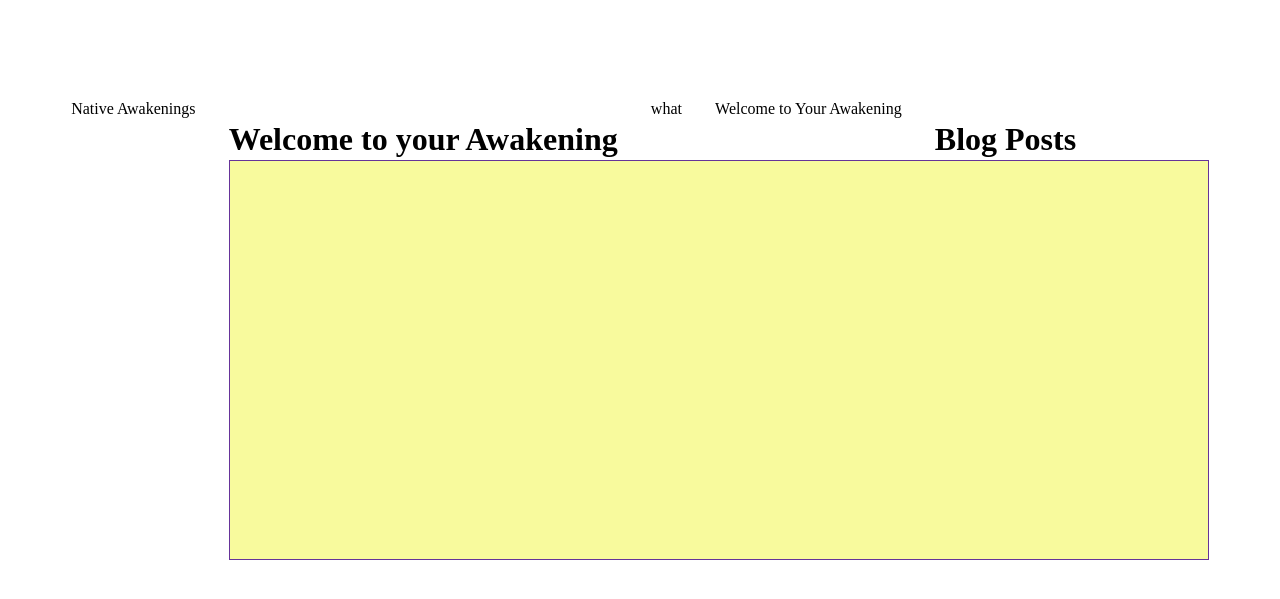
Repository: Gregg-Hendrix/blog-project
Page: index.html
These files come from the project's save history. The page is drawn as it stood at one moment and after the next save; the edit follows.
The browser window is 1280 px wide. The pictures show the whole page.

Above is the page before, as saved 2021-03-15 13:48:10.

After the next save:
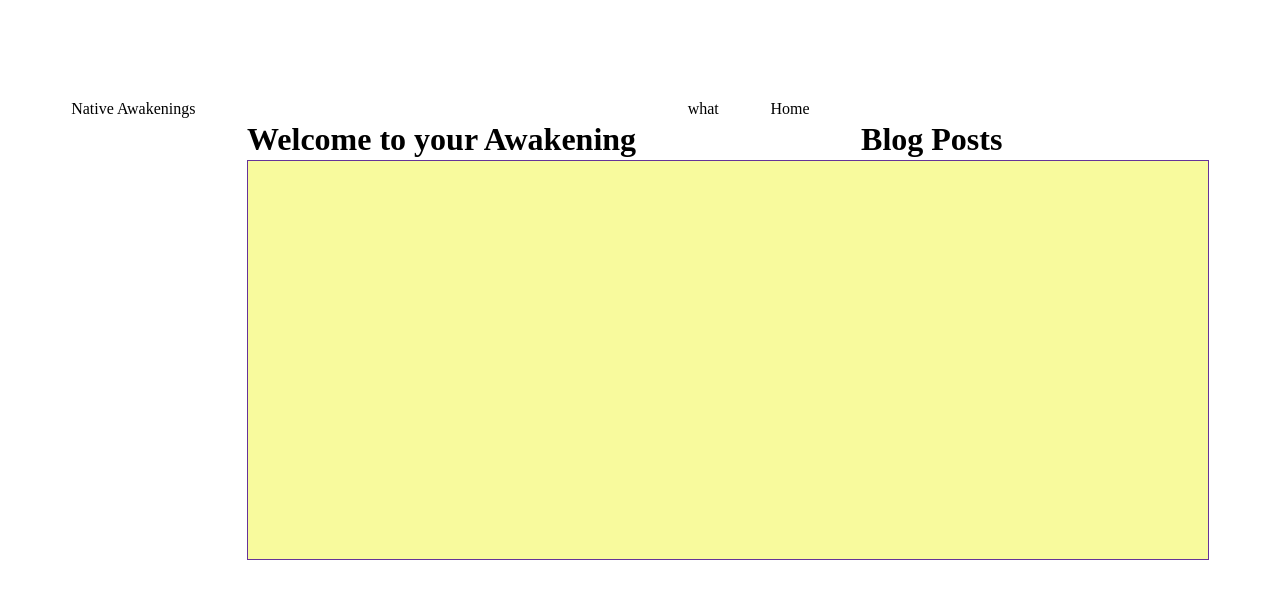
Saved 32 s later.
--- a/index.html
+++ b/index.html
@@ -13,7 +13,7 @@
             <header>Native Awakenings</header>
             <h1>Welcome to your Awakening</h1>
             <nav>what</nav>
-            <article>Welcome to Your Awakening</article>
+            <article>Home</article>
             <sidebar><h1>Blog Posts</h1><a href="meditation.html">Recent Posts</a></sidebar>
             <div class="content box">
             </div>
